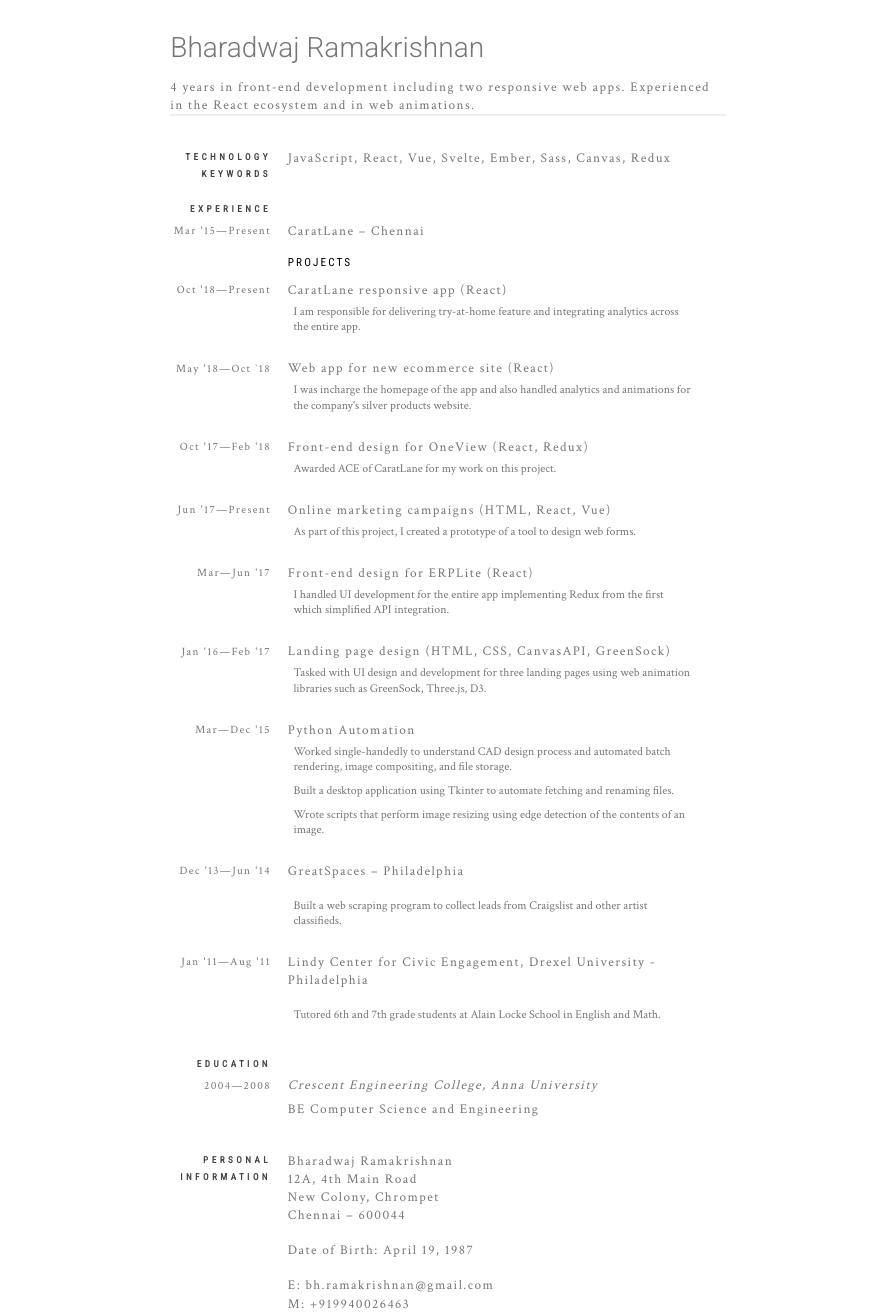
Repository: nosplashurinal/resume
Page: index.html
The author's editor kept a copy of each file at every save. The page is drawn from the files as they stood at one save, then again after the next save.
The browser window is 1280 px wide. The pictures show the whole page, at 70% of full size.

Above is the page before, as saved 2019-01-03 01:35:22.

### index.html
<html lang="en">
  <head>
    <style>
      .page {
        width: 21cm;
        height: 29.7cm;
        margin: auto;
        padding: 0.5in;
      }
    </style>
    <link
      href="https://fonts.googleapis.com/css?family=Roboto+Condensed|Roboto:300|Crimson+Text"
      rel="stylesheet"
    />
    <link rel="stylesheet" href="/style.css" />
  </head>

  <body>
    <div class="page">
      <div class="header">
        <h1>Bharadwaj Ramakrishnan</h1>
        <p>
          4 years in front-end development including two responsive web apps.
          Experienced in the React ecosystem and in web animations.
        </p>
      </div>
      <svg height="1" width="100%">
        <line
          x1="0"
          y1="0"
          x2="100%"
          y2="0"
          style="stroke:#767676;stroke-width:1"
        />
      </svg>
      <div class="body-block"></div>
      <div class="body-block">
        <div class="gutter-container"><h2>TECHNOLOGY KEYWORDS</h2></div>
        <p>JavaScript, React, Vue, Svelte, Ember, Sass, Canvas, Redux</p>
      </div>
      <div class="body-block">
        <div class="gutter-container"><h2>EXPERIENCE</h2></div>
        <div class="exp-block">
          <div class="company">
            <p class="date">Mar '15&mdash;Present</p>
            <p>CaratLane – Chennai</p>
          </div>
          <h3>PROJECTS</h3>
          <div class="project-block">
            <p class="date">Oct '18&mdash;Present</p>
            <p class="title">CaratLane responsive app (React)</p>
            <ul class="desc">
              <li>
                I am responsible for delivering try-at-home feature and
                integrating analytics across the entire app.
              </li>
            </ul>
          </div>
          <div class="project-block">
            <p class="date">May '18&mdash;Oct `18</p>
            <p class="title">Web app for new ecommerce site (React)</p>
            <ul class="desc">
              <li>
                I was incharge the homepage of the app and also handled
                analytics and animations for the company's silver products
                website.
              </li>
            </ul>
          </div>
          <div class="project-block">
            <p class="date">Oct '17&mdash;Feb '18</p>
            <p class="title">Front-end design for OneView (React, Redux)</p>
            <ul class="desc">
              <li>Awarded ACE of CaratLane for my work on this project.</li>
            </ul>
          </div>
          <div class="project-block">
            <p class="date">Jun '17&mdash;Present</p>
            <p class="title">Online marketing campaigns (HTML, React, Vue)</p>
            <ul class="desc">
              <li>
                As part of this project, I created a prototype of a tool to
                design web forms.
              </li>
            </ul>
          </div>
          <div class="project-block">
            <p class="date">Mar&mdash;Jun '17</p>
            <p class="title">Front-end design for ERPLite (React)</p>
            <ul class="desc">
              <li>
                I handled UI development for the entire app implementing Redux
                from the first which simplified API integration.
              </li>
            </ul>
          </div>
          <div class="project-block">
            <p class="date">Jan '16&mdash;Feb '17</p>
            <p class="title">
              Landing page design (HTML, CSS, CanvasAPI, GreenSock)
            </p>
            <ul class="desc">
              <li>
                Tasked with UI design and development for three landing pages
                using web animation libraries such as GreenSock, Three.js, D3.
              </li>
            </ul>
          </div>
          <div class="project-block">
            <p class="date">Mar&mdash;Dec '15</p>
            <p class="title">Python Automation</p>
            <ul class="desc">
              <li>
                Worked single-handedly to understand CAD design process and
                automated batch rendering, image compositing, and file storage.
              </li>
              <li>
                Built a desktop application using Tkinter to automate fetching
                and renaming files.
              </li>
              <li>
                Wrote scripts that perform image resizing using edge detection
                of the contents of an image.
              </li>
            </ul>
          </div>
          <div class="company">
            <p class="date">Dec '13&mdash;Jun '14</p>
            <p>GreatSpaces – Philadelphia</p>
          </div>
          <div class="project-block">
            <ul class="desc">
              <li>
                Built a web scraping program to collect leads from Craigslist
                and other artist classifieds.
              </li>
            </ul>
          </div>
          <div class="company">
            <p class="date">Jan '11&mdash;Aug '11</p>
            <p>
              Lindy Center for Civic Engagement, Drexel University -
              Philadelphia
            </p>
          </div>
          <div class="project-block">
            <ul class="desc">
              <li>
                Tutored 6th and 7th grade students at Alain Locke School in
                English and Math.
              </li>
            </ul>
          </div>
        </div>
      </div>
      <div class="body-block">
        <div class="gutter-container"><h2>EDUCATION</h2></div>
        <div class="education-block">
          <div class="education">
            <p class="italic">Crescent Engineering College, Anna University</p>
            <p class="date">2004&mdash;2008</p>
            <p>BE Computer Science and Engineering</p>
          </div>
        </div>
      </div>
      <div class="body-block">
        <div class="gutter-container"><h2>PERSONAL INFORMATION</h2></div>
        <div class="block-section">
          <p>Bharadwaj Ramakrishnan</p>
          <p>12A, 4th Main Road</p>
          <p>New Colony, Chrompet</p>
          <p>Chennai – 600044</p>
        </div>
        <div class="block-section"><p>Date of Birth: April 19, 1987</p></div>
        <div class="block-section">
          <p>E: bh.ramakrishnan@gmail.com</p>
          <p>M: +919940026463</p>
        </div>
      </div>
    </div>
  </body>
</html>

### dist/style.css
html, body, div, span, applet, object, iframe,
h1, h2, h3, h4, h5, h6, p, blockquote, pre,
a, abbr, acronym, address, big, cite, code,
del, dfn, em, img, ins, kbd, q, s, samp,
small, strike, strong, sub, sup, tt, var,
b, u, i, center,
dl, dt, dd, ol, ul, li,
fieldset, form, label, legend,
table, caption, tbody, tfoot, thead, tr, th, td,
article, aside, canvas, details, embed,
figure, figcaption, footer, header, hgroup,
menu, nav, output, ruby, section, summary,
time, mark, audio, video {
	margin: 0;
	padding: 0;
	border: 0;
	font-size: 100%;
	font: inherit;
	vertical-align: baseline;
}
article, aside, details, figcaption, figure,
footer, header, hgroup, menu, nav, section {
	display: block;
}
body {
	line-height: 1;
}
ol, ul {
	list-style: none;
}
blockquote, q {
	quotes: none;
}
blockquote:before, blockquote:after,
q:before, q:after {
	content: '';
	content: none;
}
table {
	border-collapse: collapse;
	border-spacing: 0;
}

h1, h3, h4 {
	font-family: 'Roboto', sans-serif;
}
.header {

}
.body-block {
	padding: 0 0.5in 0 1.75in;
	margin-bottom: 0.5in;
}
.gutter-container {
	position: absolute;
	margin-left: -1.75in;
	width: 1.5in;
}
.gutter-container h2 {
	line-height: 24px;
	letter-spacing: 5px;
	text-align: right;
	font-weight: bold;
}
h1 {
	font-size: 40px;
	color: #767676;
	margin-bottom: 0.25in;
}
h2 {
	font-size: 13px;
	color: #434343;
	font-family: 'Roboto Condensed', sans-serif;
}
p {
	font-family: 'Crimson Text', serif;
	color: #767676;
	letter-spacing: 2px;
	line-height: 26px;
	font-size: 19px;
}
.italic {
	font-style: italic;
}
.bold {
	font-weight: bold;
}
.education {
	position: relative;
}
.date {
	position: absolute;
	width: 1.5in;
	left: -1.75in;
	top: 0;
	text-align: right;
	font-family: 'Crimson Text', serif;
	font-size: 16px;
	color: #767676;
}
.education p:nth-child(1) {
	margin-bottom: 8px;
}
.block-section {
	margin-bottom: 0.25in;
}
.exp-block {
	position: relative;
}
.exp-block 	h3 {
	margin-bottom: 0.2in;
	font-family: 'Roboto Condensed', sans-serif;
	letter-spacing: 3px;
}
.company {
	margin-bottom: 0.25in;
	position: relative;
}
.education-block, .exp-block {
	padding-top: 30px;
}
.project-block {
	position: relative;
	color: #767676;
	margin-bottom: 36px;
}
.project-block .title {
	margin-bottom: 6px;
}
ul.desc {
	font-family: 'Crimson Text', serif;
	font-size: 17px;
	line-height: 22px;
}
.desc li {
	margin-bottom: 12px;
	margin-left: 8px;
}
.desc li::before {
	/* content: '-'; */
	display: inline-block;
	margin-right: 6px;
	font-weight: bold;
}

After the next save:
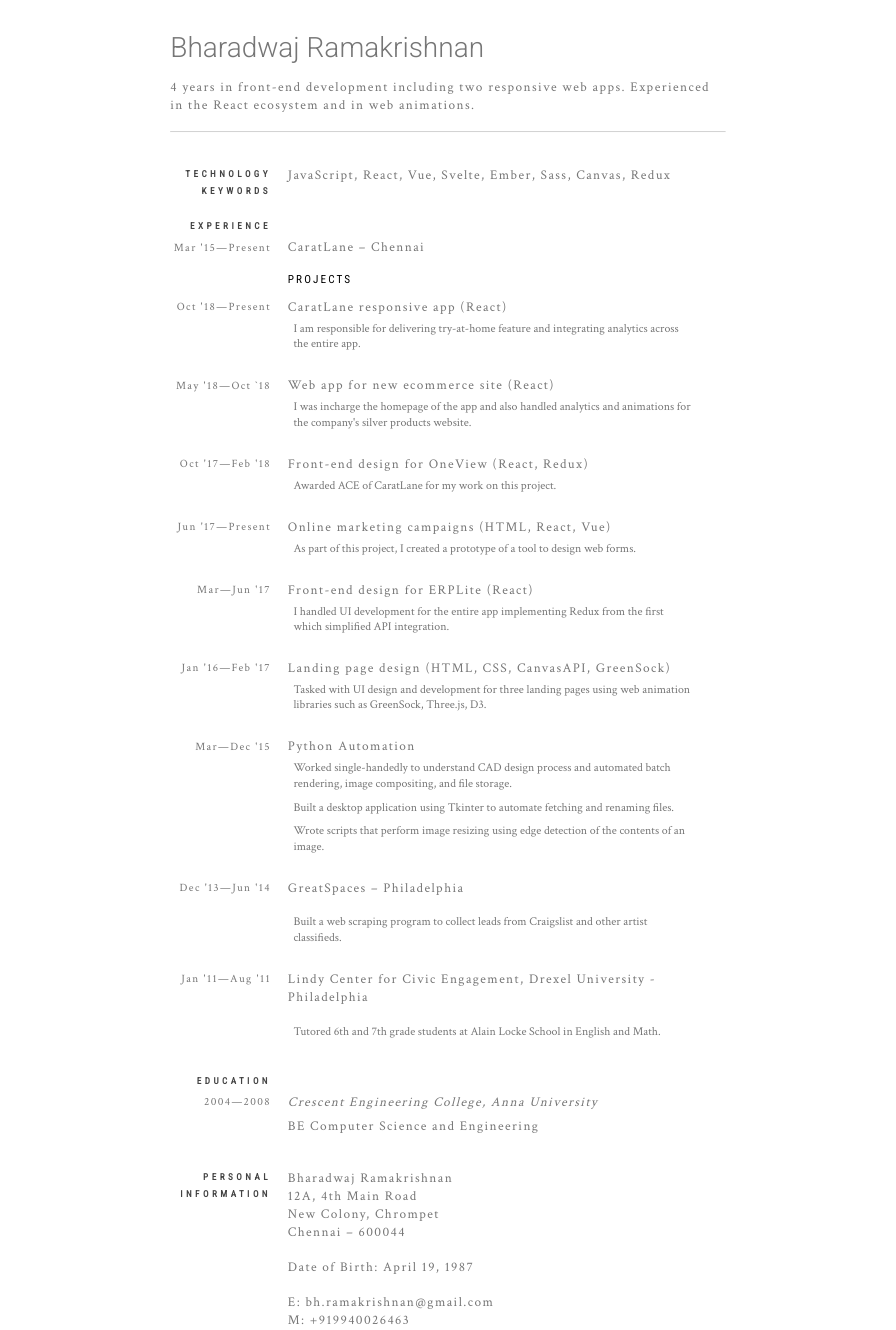
Saved 42 s later.
--- a/dist/style.css
+++ b/dist/style.css
@@ -45,7 +45,7 @@ h1, h3, h4 {
 	font-family: 'Roboto', sans-serif;
 }
 .header {
-
+  margin-bottom: 0.25in;
 }
 .body-block {
 	padding: 0 0.5in 0 1.75in;
